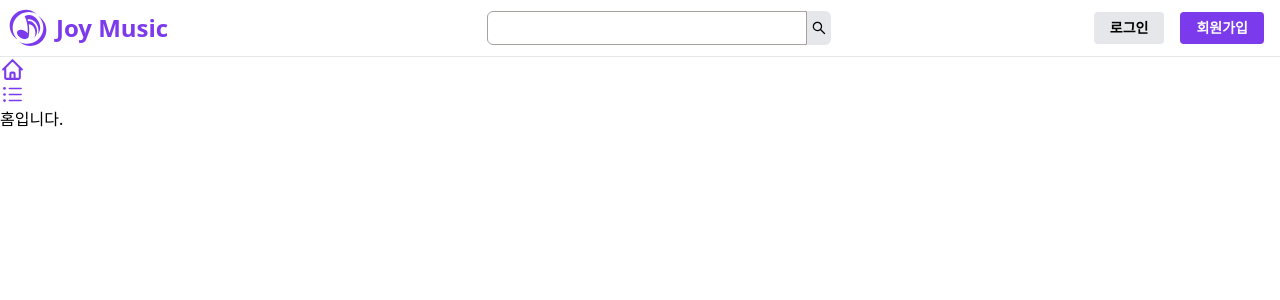
Repository: momo0170/joy-music
Page: /
The author's editor kept a copy of each file at every save. The page is drawn from the files as they stood at one save, then again after the next save.
The browser window is 1280 px wide. The pictures show the whole page.
The project was rebuilt for these pictures with package versions that can differ from the ones it lists, and the page was loaded fresh each time. Also part of the build but not shown: src/App.css, src/router/Playlist.jsx.

Above is the page before, as saved 2023-09-25 14:34:23.

After the next save:
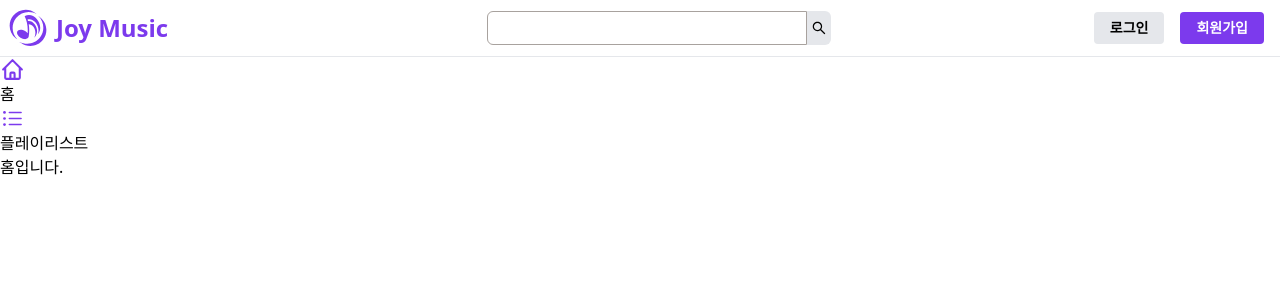
Saved 2 min 38 s later.
--- a/src/components/Menubutton.jsx
+++ b/src/components/Menubutton.jsx
@@ -14,6 +14,7 @@ export default function MenuButton({ text, path }) {
         ) : (
           <IoIosList size={SIZE} color={COLOR} />
         )}
+        <span>{text}</span>
       </Link>
     </div>
   );
